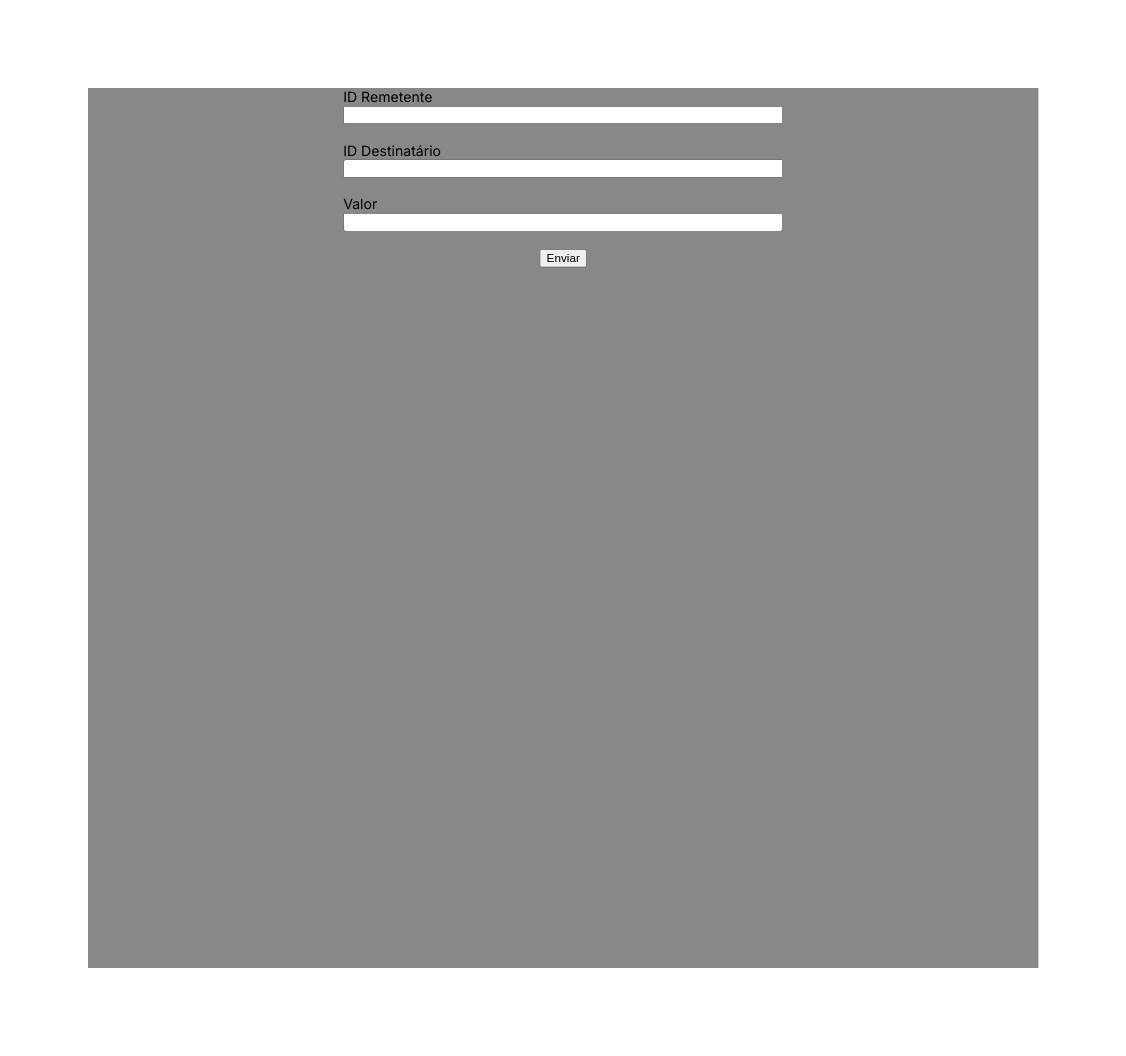
Repository: mateusilva8/tarefa-pix
Page: frontend/pix.html
These files come from the project's save history. The page is drawn as it stood at one moment and after the next save; the edit follows.
The browser window is 1280 px wide. The pictures show the whole page, at 88% of full size.

Above is the page before, as saved 2023-10-22 14:04:27.

After the next save:
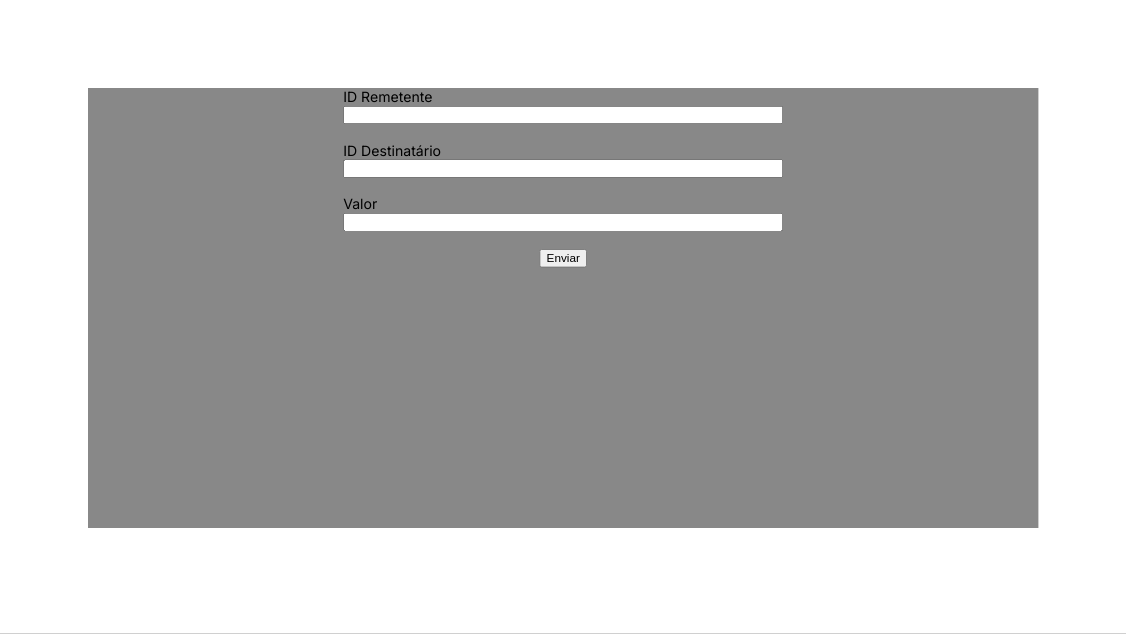
Saved 6 s later.
--- a/frontend/css/pix.css
+++ b/frontend/css/pix.css
@@ -6,7 +6,7 @@ body {
 
 .container {
     background-color: rgb(136, 136, 136);
-    height: 1000px;
+    height: 500px;
     margin: 100px;
 }
 
